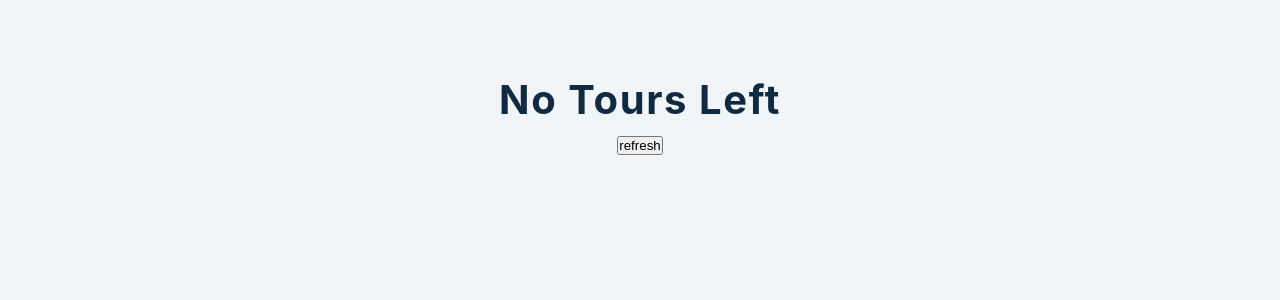
Repository: davidaloba/tours
Page: /
These files come from the project's save history. The page is drawn as it stood at one moment and after the next save; the edit follows.
The browser window is 1280 px wide. The pictures show the whole page.
The page's requests for data from a server got no answer. The project was rebuilt for these pictures with package versions that can differ from the ones it lists, and the page was loaded fresh each time. No one was signed in, and anything a server would have sent is missing. Also part of the build but not shown: src/Tour.js, src/Tours.js.

Above is the page before, as saved 2021-10-21 22:46:44.

After the next save:
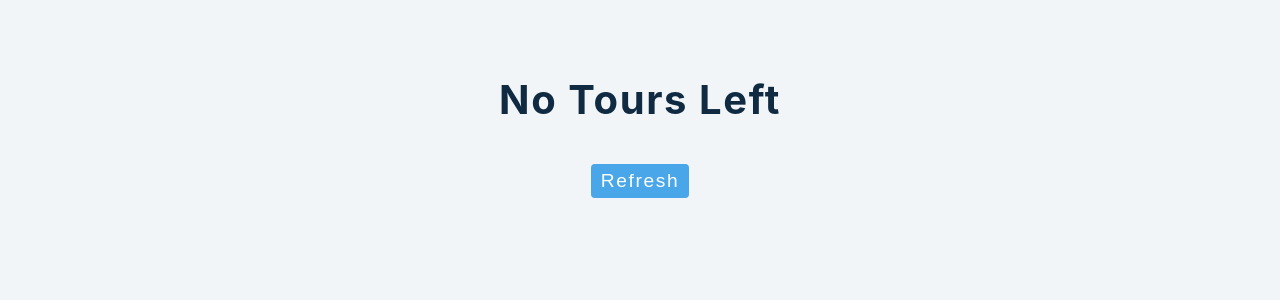
Saved 47 s later.
--- a/src/App.js
+++ b/src/App.js
@@ -42,7 +42,9 @@ function App() {
       <main>
         <div className="title">
           <h2>no tours left</h2>
-          <button onClick={fetchTours}>refresh</button>
+          <button className="btn" onClick={fetchTours}>
+            refresh
+          </button>
         </div>
       </main>
     );
